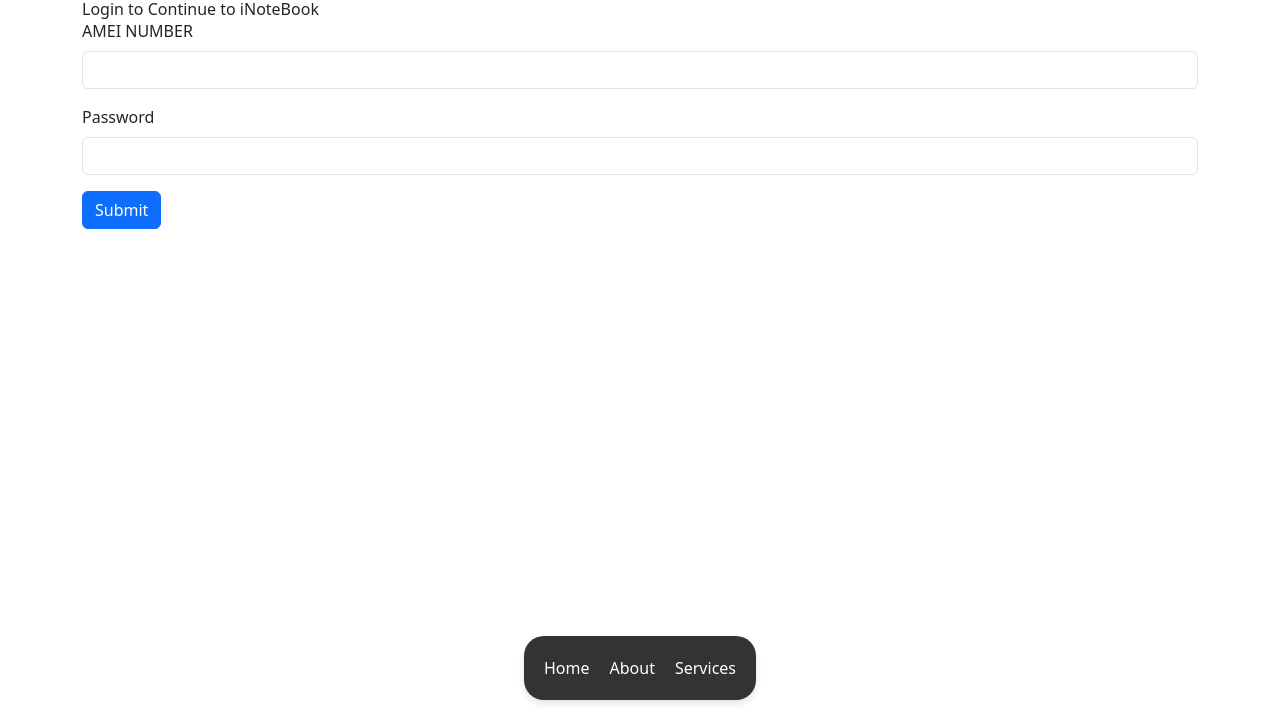
Repository: shash0708/GMR-Lines
Page: /login (app in frontend/)
The author's editor kept a copy of each file at every save. The page is drawn from the files as they stood at one save, then again after the next save.
The browser window is 1280 px wide. The pictures show the whole page.
The page's requests for data from a server got no answer. The project was rebuilt for these pictures with package versions that can differ from the ones it lists, and the page was loaded fresh each time. No one was signed in, and anything a server would have sent is missing. Also part of the build but not shown: frontend/src/components/Buttons/Buttons.component.jsx, frontend/src/components/Home/Home.component.jsx, frontend/src/components/Form/Form.css, frontend/src/components/speedDail/SpeedDail.component.jsx, frontend/src/components/Form/Form.component.jsx, frontend/src/components/Card/Card.jsx, frontend/src/components/Card/Card.css, frontend/src/components/Card/Card.component.jsx and 4 more.

Above is the page before, as saved 2024-09-08 23:18:25.

### frontend/public/index.html
<!DOCTYPE html>
<html lang="en">
  <head>
    <meta charset="utf-8" />
    <link rel="icon" href="%PUBLIC_URL%/favicon.ico" />
    <meta name="viewport" content="width=device-width, initial-scale=1" />
    <meta name="theme-color" content="#000000" />
    <meta name="description" content="Web site created using create-react-app" />
    <link rel="apple-touch-icon" href="%PUBLIC_URL%/logo192.png" />
    <!--
      manifest.json provides metadata used when your web app is installed on a
      user's mobile device or desktop. See https://developers.google.com/web/fundamentals/web-app-manifest/
    -->
    <link rel="manifest" href="%PUBLIC_URL%/manifest.json" />
    <!--
      Notice the use of %PUBLIC_URL% in the tags above.
      It will be replaced with the URL of the `public` folder during the build.
      Only files inside the `public` folder can be referenced from the HTML.

      Unlike "/favicon.ico" or "favicon.ico", "%PUBLIC_URL%/favicon.ico" will
      work correctly both with client-side routing and a non-root public URL.
      Learn how to configure a non-root public URL by running `npm run build`.
    -->
    <link href="https://cdn.jsdelivr.net/npm/bootstrap@5.3.3/dist/css/bootstrap.min.css" rel="stylesheet" integrity="sha384-QWTKZyjpPEjISv5WaRU9OFeRpok6YctnYmDr5pNlyT2bRjXh0JMhjY6hW+ALEwIH" crossorigin="anonymous">

    <title>Log Book</title>
  </head>
  <script src="https://cdn.jsdelivr.net/npm/bootstrap@5.3.3/dist/js/bootstrap.bundle.min.js" integrity="sha384-YvpcrYf0tY3lHB60NNkmXc5s9fDVZLESaAA55NDzOxhy9GkcIdslK1eN7N6jIeHz" crossorigin="anonymous"></script>

  <body>
    <noscript>You need to enable JavaScript to run this app.</noscript>
    <div id="root"></div>
    <!--
      This HTML file is a template.
      If you open it directly in the browser, you will see an empty page.

      You can add webfonts, meta tags, or analytics to this file.
      The build step will place the bundled scripts into the <body> tag.

      To begin the development, run `npm start` or `yarn start`.
      To create a production bundle, use `npm run build` or `yarn build`.
    -->
  </body>
</html>

### frontend/src/App.js
import './App.css';
import { BrowserRouter as Router, Route, Routes } from 'react-router-dom';

import 'primereact/resources/themes/saga-blue/theme.css';
import 'primereact/resources/primereact.min.css';
import { PrimeReactProvider } from 'primereact/api';
import Home from '../src/components/Home/Home.component'
import Form from './components/Form/Form.component';
import Cards from './components/Card/Card.component';
import Data from './components/Data/Data.component';
import Navbar from './components/Header/Header.component'
import Login from './components/Login/Login.component';
import Signup from './components/SignUp/Signup.component';
import PdfComponent from './components/Pdf/PdfComponent';
import { LogsProvider } from './context/LogContext';
function App() {
  return (
    <LogsProvider>
    <PrimeReactProvider>
<Router>
<Navbar />

      <Routes>
      {/* <Navbar/> */}

        <Route path="/" element={<Home />} />
        <Route path='/login' element={<Login/>}/>
        <Route path='/signup' element={<Signup/>}/>
        <Route path="/form" element={<Form />} />
        <Route path="/past-records" element={<Cards />} />
        <Route path="/data/:id" element={<Data />} />
        <Route path="/pdf" element={<PdfComponent/>}/>
      </Routes>
    </Router>
</PrimeReactProvider>
</LogsProvider>
  );
}

export default App;

### frontend/src/serviceWorkerRegistration.js
// This optional code is used to register a service worker.
// register() is not called by default.

// This lets the app load faster on subsequent visits in production, and gives
// it offline capabilities. However, it also means that developers (and users)
// will only see deployed updates on subsequent visits to a page, after all the
// existing tabs open on the page have been closed, since previously cached
// resources are updated in the background.

// To learn more about the benefits of this model and instructions on how to
// opt-in, read https://cra.link/PWA

const isLocalhost = Boolean(
  window.location.hostname === 'localhost' ||
    // [::1] is the IPv6 localhost address.
    window.location.hostname === '[::1]' ||
    // 127.0.0.0/8 are considered localhost for IPv4.
    window.location.hostname.match(/^127(?:\.(?:25[0-5]|2[0-4][0-9]|[01]?[0-9][0-9]?)){3}$/)
);

export function register(config) {
  if (process.env.NODE_ENV === 'production' && 'serviceWorker' in navigator) {
    // The URL constructor is available in all browsers that support SW.
    const publicUrl = new URL(process.env.PUBLIC_URL, window.location.href);
    if (publicUrl.origin !== window.location.origin) {
      // Our service worker won't work if PUBLIC_URL is on a different origin
      // from what our page is served on. This might happen if a CDN is used to
      // serve assets; see https://github.com/facebook/create-react-app/issues/2374
      return;
    }

    window.addEventListener('load', () => {
      const swUrl = `${process.env.PUBLIC_URL}/service-worker.js`;

      if (isLocalhost) {
        // This is running on localhost. Let's check if a service worker still exists or not.
        checkValidServiceWorker(swUrl, config);

        // Add some additional logging to localhost, pointing developers to the
        // service worker/PWA documentation.
        navigator.serviceWorker.ready.then(() => {
          console.log(
            'This web app is being served cache-first by a service ' +
              'worker. To learn more, visit https://cra.link/PWA'
          );
        });
      } else {
        // Is not localhost. Just register service worker
        registerValidSW(swUrl, config);
      }
    });
  }
}

function registerValidSW(swUrl, config) {
  navigator.serviceWorker
    .register(swUrl)
    .then((registration) => {
      registration.onupdatefound = () => {
        const installingWorker = registration.installing;
        if (installingWorker == null) {
          return;
        }
        installingWorker.onstatechange = () => {
          if (installingWorker.state === 'installed') {
            if (navigator.serviceWorker.controller) {
              // At this point, the updated precached content has been fetched,
              // but the previous service worker will still serve the older
              // content until all client tabs are closed.
              console.log(
                'New content is available and will be used when all ' +
                  'tabs for this page are closed. See https://cra.link/PWA.'
              );

              // Execute callback
              if (config && config.onUpdate) {
                config.onUpdate(registration);
              }
            } else {
              // At this point, everything has been precached.
              // It's the perfect time to display a
              // "Content is cached for offline use." message.
              console.log('Content is cached for offline use.');

              // Execute callback
              if (config && config.onSuccess) {
                config.onSuccess(registration);
              }
            }
          }
        };
      };
    })
    .catch((error) => {
      console.error('Error during service worker registration:', error);
    });
}

function checkValidServiceWorker(swUrl, config) {
  // Check if the service worker can be found. If it can't reload the page.
  fetch(swUrl, {
    headers: { 'Service-Worker': 'script' },
  })
    .then((response) => {
      // Ensure service worker exists, and that we really are getting a JS file.
      const contentType = response.headers.get('content-type');
      if (
        response.status === 404 ||
        (contentType != null && contentType.indexOf('javascript') === -1)
      ) {
        // No service worker found. Probably a different app. Reload the page.
        navigator.serviceWorker.ready.then((registration) => {
          registration.unregister().then(() => {
            window.location.reload();
          });
        });
      } else {
        // Service worker found. Proceed as normal.
        registerValidSW(swUrl, config);
      }
    })
    .catch(() => {
      console.log('No internet connection found. App is running in offline mode.');
    });
}

export function unregister() {
  if ('serviceWorker' in navigator) {
    navigator.serviceWorker.ready
      .then((registration) => {
        registration.unregister();
      })
      .catch((error) => {
        console.error(error.message);
      });
  }
}

### frontend/src/components/Header/Header.component.jsx
import React, { useEffect, useState, useRef } from 'react';
import './Navbar.css';

const Navbar = () => {
  const [showNavbar, setShowNavbar] = useState(true);
  const [lastScrollTop, setLastScrollTop] = useState(0);
  const [scrollTimeout, setScrollTimeout] = useState(null);

  const handleScroll = () => {
    const currentScrollTop = window.pageYOffset || document.documentElement.scrollTop;

    // Clear the previous timeout if it exists
    if (scrollTimeout) {
      clearTimeout(scrollTimeout);
    }

    // Set a timeout to update the Navbar visibility after scrolling stops
    const newScrollTimeout = setTimeout(() => {
      if (currentScrollTop > lastScrollTop) {
        // Scrolling down
        setShowNavbar(false);
      } else if (currentScrollTop < lastScrollTop) {
        // Scrolling up
        setShowNavbar(true);
      }

      setLastScrollTop(currentScrollTop <= 0 ? 0 : currentScrollTop);
    }, 100); // Delay in milliseconds to wait before hiding/showing Navbar

    setScrollTimeout(newScrollTimeout);
  };

  useEffect(() => {
    window.addEventListener('scroll', handleScroll);
    return () => {
      window.removeEventListener('scroll', handleScroll);
      if (scrollTimeout) {
        clearTimeout(scrollTimeout);
      }
    };
  }, [scrollTimeout, lastScrollTop]);

  return (
    <div className={`navbar ${showNavbar ? 'show' : 'hide'}`}>
      <div className="navbar-items">
        <a href="#home">Home</a>
        <a href="#about">About</a>
        <a href="#services">Services</a>
        {/* <a href="#contact">Contact</a> */}
      </div>
    </div>
  );
};

export default Navbar;

### frontend/src/components/Login/Login.component.jsx
import React, { useState } from 'react';
import { useNavigate } from 'react-router-dom';
import useDocumentTitle from '../hooks/useDocumentTitle';
import URL from '../config'
const Login = (props) => {
  useDocumentTitle('Login'); // Set the document title for this page

  const [credentials, setCredentials] = useState({ AME: "", password: "" });
  let navigate = useNavigate();

  const handleSubmit = async (e) => {
    e.preventDefault();

    try {
      const response = await fetch(`${URL}/api/login`, {
        method: 'POST',
        headers: {
          'Content-Type': 'application/json'
        },
        body: JSON.stringify({ AME: credentials.AME, password: credentials.password })
      });

      const json = await response.json();
      console.log(json);

      if (json.success) {
        // Save the auth token and redirect
        localStorage.setItem('token', json.authtoken);
        alert("Logged in Successfully");
        navigate('/');
      } else {
        alert("Invalid Credentials");
      }
    } catch (error) {
      console.error("There was an error with the login request:", error);
      alert("An error occurred. Please try again later.");
    }
  }

  const onChange = (e) => {
    setCredentials({ ...credentials, [e.target.name]: e.target.value });
  }

  return (
    <div className='container'>
      <h1>Login to Continue to iNoteBook</h1>
      <form onSubmit={handleSubmit}>
        <div className="mb-3">
          <label htmlFor="AME" className="form-label">AMEI NUMBER</label>
          <input
            type="text"
            className="form-control"
            name="AME"
            id="AME"
            value={credentials.AME}
            onChange={onChange}
            required
          />
        </div>
        <div className="mb-3">
          <label htmlFor="password" className="form-label">Password</label>
          <input
            type="password"
            className="form-control"
            name="password"
            id="password"
            value={credentials.password}
            onChange={onChange}
            required
          />
        </div>
        <button type="submit" className="btn btn-primary">Submit</button>
      </form>
    </div>
  );
}

export default Login;

### frontend/src/context/LogContext.js
// LogsContext.js
import React, { createContext, useState, useEffect } from 'react';
import axios from 'axios';
import URL from '../components/config';
const LogsContext = createContext();

export const LogsProvider = ({ children }) => {
  const [logs, setLogs] = useState([]);
  const [filteredLogs, setFilteredLogs] = useState([]);
  const [searchTerm, setSearchTerm] = useState('');
  const [selectedLogs, setSelectedLogs] = useState([]);

  useEffect(() => {
    const fetchLogs = async () => {
      try {
        const response = await axios.get(`${URL}/getlogs/entries`, {
          headers: {
            'auth-token': localStorage.getItem('token'),
          },
        });

        setLogs(response.data);
        setFilteredLogs(response.data);
      } catch (error) {
        console.error('Error fetching logs:', error);
      }
    };
    fetchLogs();
  }, []);

  useEffect(() => {
    const handleSearch = () => {
      const lowerCaseSearchTerm = searchTerm.toLowerCase();
      const filtered = logs.filter((log) => {
        const logId = String(log.Toa);
        return logId.toLowerCase().includes(lowerCaseSearchTerm);
      });
      setFilteredLogs(filtered);
    };

    handleSearch();
  }, [searchTerm, logs]);

  const handleSelect = (log) => {
    setSelectedLogs((prev) => {
      const isSelected = prev.includes(log);
      if (isSelected) {
        return prev.filter((selectedLog) => selectedLog !== log);
      }

      if (prev.length >= 7) {
        return prev;
      }

      return [...prev, log];
    });
  };

  return (
    <LogsContext.Provider
      value={{
        logs,
        filteredLogs,
        searchTerm,
        setSearchTerm,
        selectedLogs,
        handleSelect,
        setFilteredLogs,
      }}
    >
      {children}
    </LogsContext.Provider>
  );
};

export default LogsContext;

### frontend/src/components/hooks/useDocumentTitle.js
// src/hooks/useDocumentTitle.js
import { useEffect } from 'react';

const useDocumentTitle = (title) => {
  useEffect(() => {
    document.title = title;
  }, [title]);
};

export default useDocumentTitle;

### frontend/src/components/config.js
// src/config.js
const URL = "http://localhost:5000";

export default URL;

// `${URL}

### frontend/src/components/Header/Navbar.css
/* Navbar.css */
.navbar {
    display: flex;
    border-radius: 20px;
    align-items: center;
    justify-content: center;
    position: fixed;
    bottom: 20px; /* Adjust as needed */
    left: 50%;
    transform: translateX(-50%);
    background-color: #333;
    color: white;
    padding: 10px;
    width: auto; /* Adjust width based on content */
    box-shadow: 0 4px 6px rgba(0, 0, 0, 0.1); /* Optional */
    z-index: 1000; /* Optional */
    transition: width 0.3s ease, opacity 0.3s ease, transform 0.3s ease; /* Smooth transitions */
    opacity: 0; /* Hidden by default */
  }

  .navbar.show {
    opacity: 1; /* Show Navbar */
  }

  .navbar.hide {
    opacity: 0; /* Hide Navbar */
    pointer-events: none; /* Prevent interaction when hidden */
  }

  .navbar:hover {
    width: 300px; /* Adjust width on hover */
    transform: translateX(-50%) scale(1.05); /* Center Navbar and slightly zoom out */
  }

  .navbar-items {
    display: flex;
    transition: transform 0.1s ease; /* Smooth zoom effect for items */
  }

  .navbar-items a {
    color: white;
    text-decoration: none;
    padding: 10px;
    transition: transform 0.1s ease; /* Smooth zoom effect for icons */
  }

  .navbar-items a:hover {
    background-color: #555;
    border-radius: 20px;
    transform: scale(1.1); /* Zoom in on hover */
  }

  @media (max-width: 768px) {
    .navbar {
      flex-direction: column;
      bottom: 10px;
      width: auto; /* Adjust width for smaller screens */
    }

    .navbar-content {
      margin-bottom: 5px;
    }
  }

### frontend/tailwind.config.js
/** @type {import('tailwindcss').Config} */
module.exports = {
  content: [
    "./src/**/*.{js,ts,jsx,tsx}",  // Adjust the paths as needed
    "./public/**/*.html",           // Include HTML files if used
  ],
  theme: {
    extend: {
      // Custom theme extensions go here
      colors: {
        primary: '#ff6347',  // Example custom color
      },
      fontFamily: {
        sans: ['Helvetica', 'Arial', 'sans-serif'],
      },
    },
  },
  plugins: [
    // Add any Tailwind CSS plugins here
  ],
};


module.exports ={
  "compilerOptions": {
    "baseUrl": ".",
    "paths": {
      "@/*": ["src/*"]
    }
  }
}

Loaded but not shown: frontend/src/index.js (common file); frontend/src/index.css (common file); frontend/src/reportWebVitals.js (common file); frontend/src/App.css (common file); frontend/src/components/Data/Data.css (no stored copy; drawn as an empty file)

After the next save:
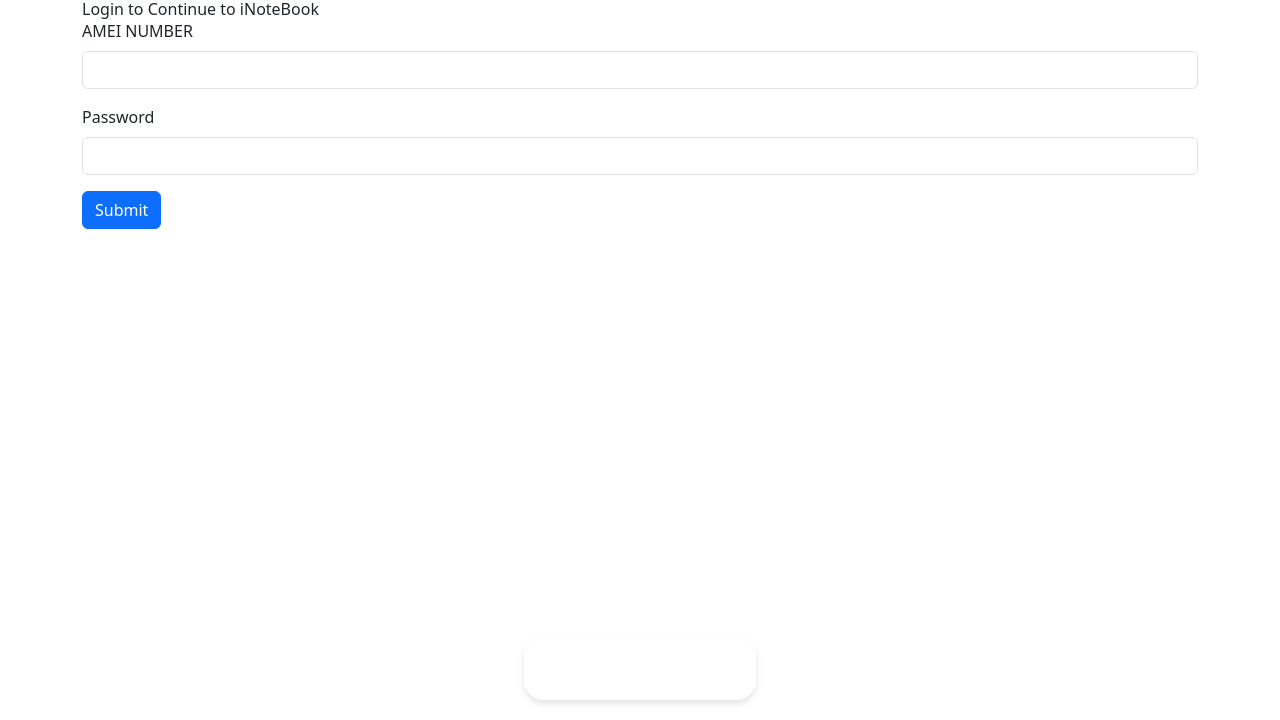
Saved 14 s later.
--- a/frontend/src/components/Header/Navbar.css
+++ b/frontend/src/components/Header/Navbar.css
@@ -8,7 +8,7 @@
     bottom: 20px; /* Adjust as needed */
     left: 50%;
     transform: translateX(-50%);
-    background-color: #333;
+    background-color: #ffffff;
     color: white;
     padding: 10px;
     width: auto; /* Adjust width based on content */
